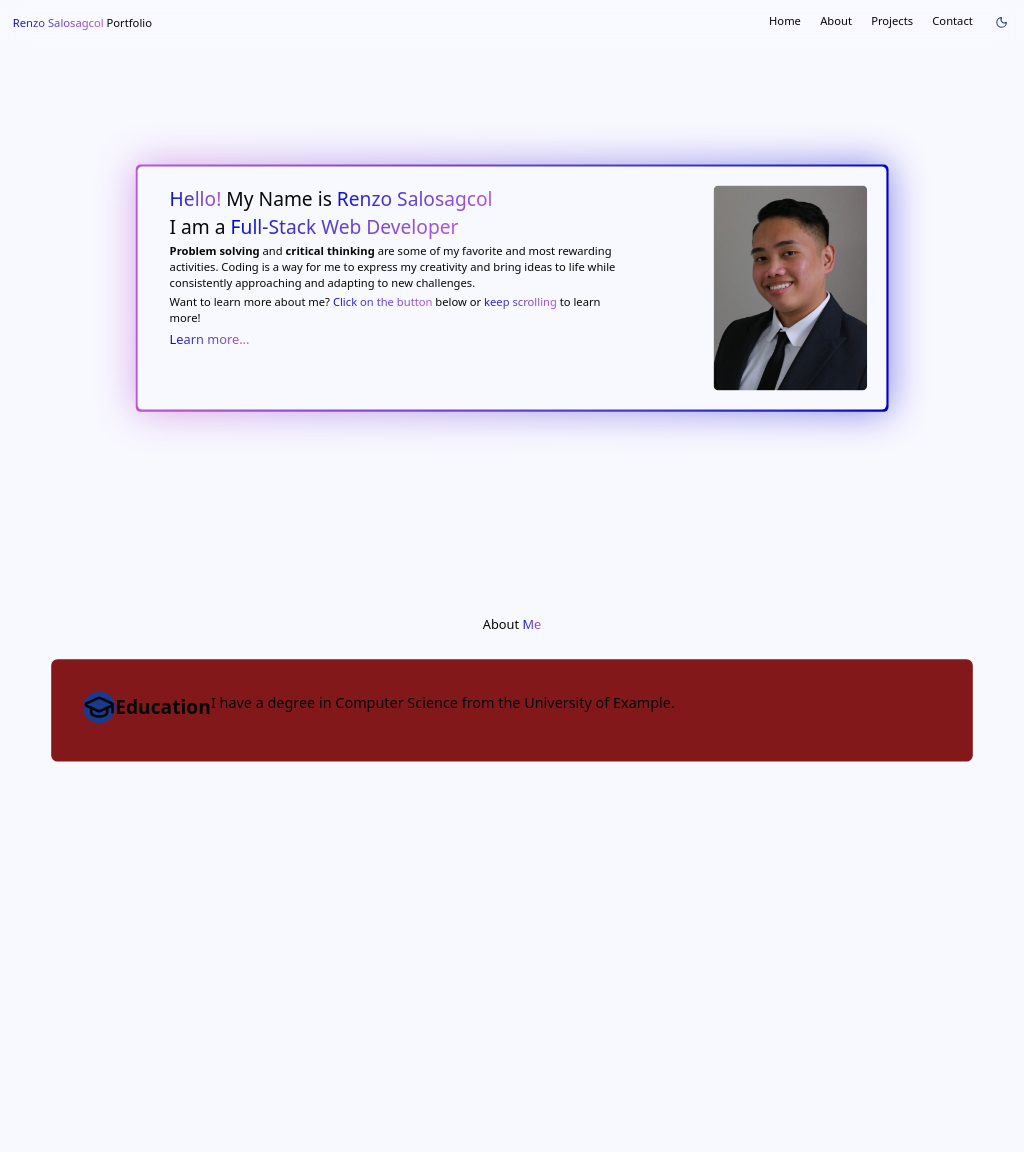
Repository: Renzo-Salosagcol/Updated_Personal_Portfolio
Page: /
The author's editor kept a copy of each file at every save. The page is drawn from the files as they stood at one save, then again after the next save.
The browser window is 1280 px wide. The pictures show the whole page, at 80% of full size.
The project was rebuilt for these pictures with package versions that can differ from the ones it lists, and the page was loaded fresh each time. Also part of the build but not shown: vite.config.js, src/pages/NotFound.jsx.

Above is the page before, as saved 2025-10-10 12:28:53.

After the next save:
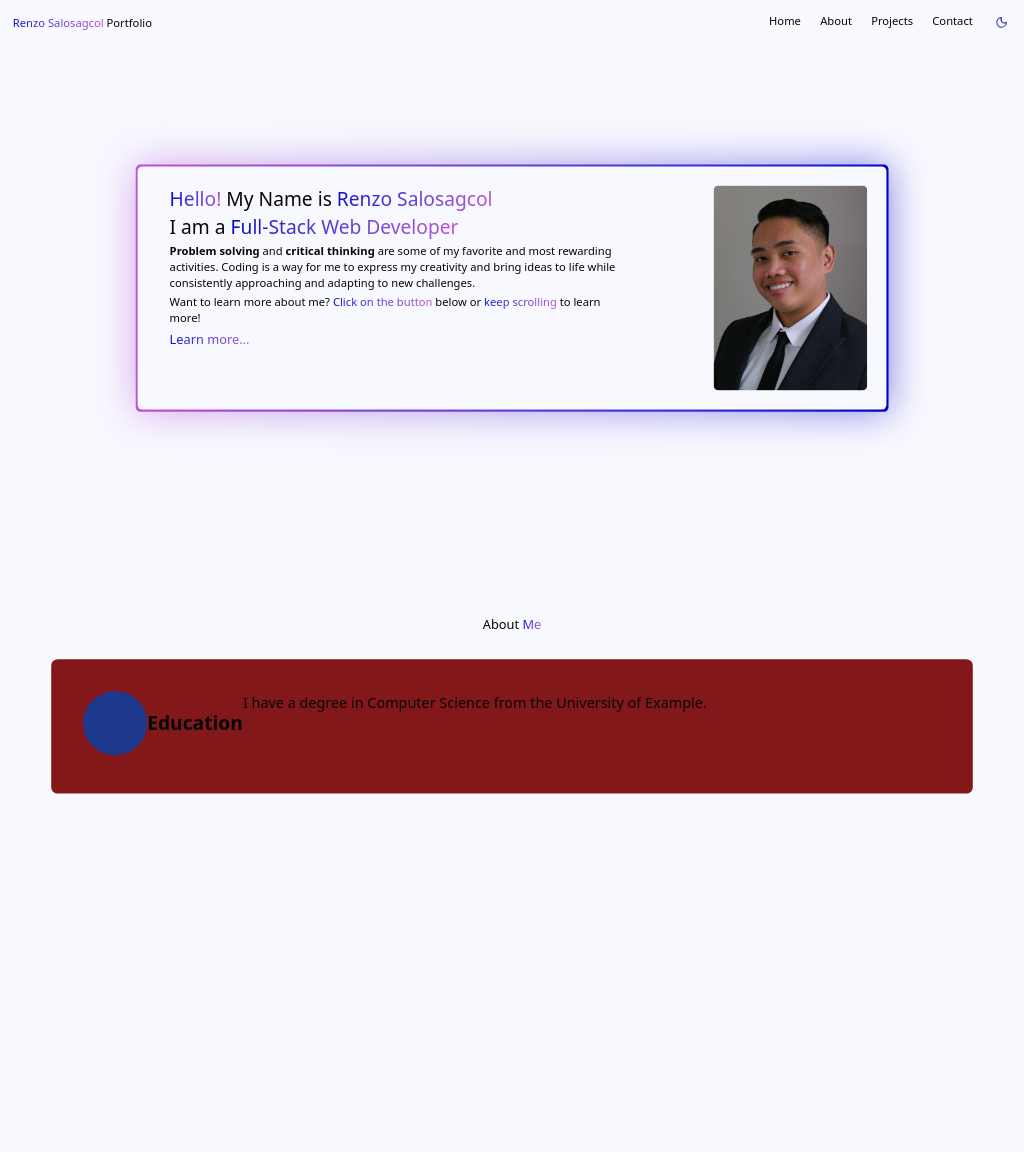
Saved 10 s later.
--- a/src/components/About.jsx
+++ b/src/components/About.jsx
@@ -19,7 +19,7 @@ export const About = () => {
         {experiences.map((experience, index) => (
           <div key={index} className="flex flex-row items-start p-4">
             <h2 className="flex items-center text-2xl font-semibold mb-2">
-              <experience.icon className="w-10 h-10 left rounded-full bg-blue-900" />
+              <experience.icon className="w-10 h-10 p-10 left rounded-full bg-blue-900" />
               {experience.name}
             </h2>
             <div>
